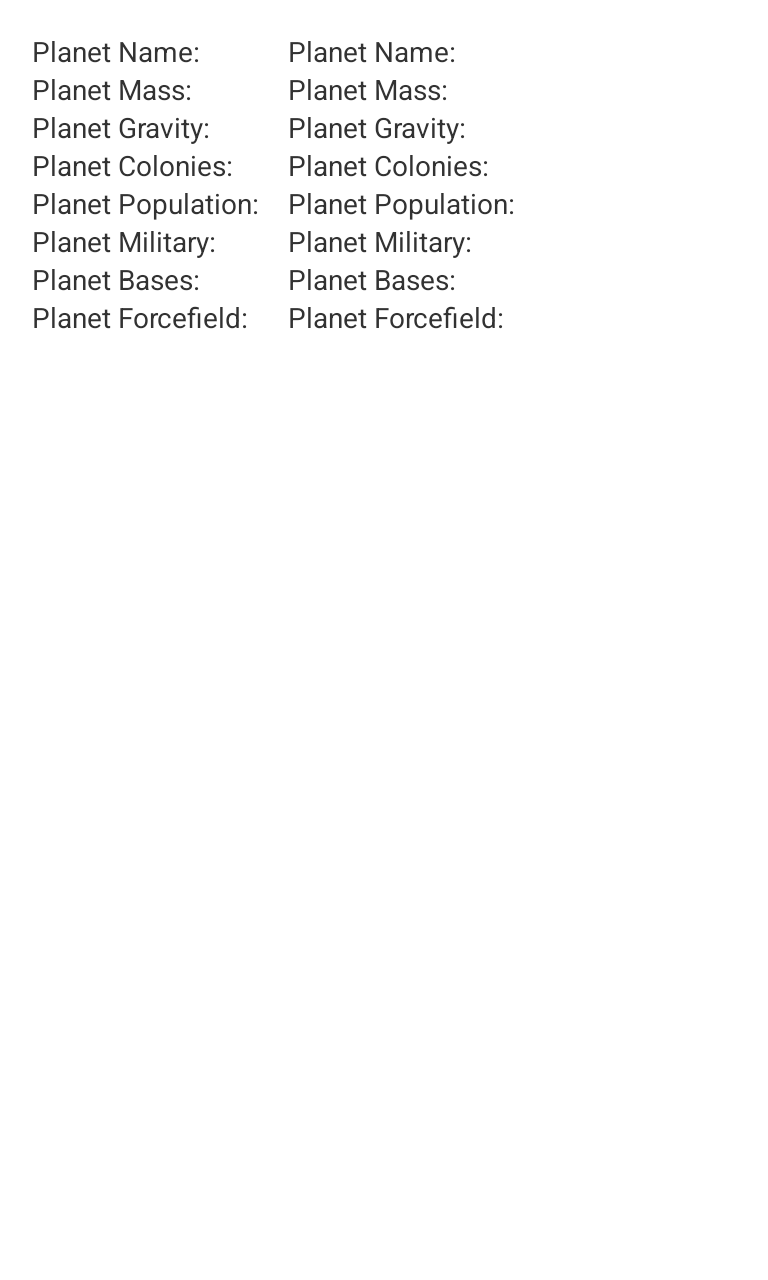
Repository: blender-head/android_basic
Layout: Hello_World/res/layout/activity_main.xml
These files come from the project's save history. The layout is drawn as it stood at one moment and after the next save; the edit follows.
It is drawn on a 768 x 1280 px phone screen (xhdpi) without system bars, with theme AppTheme; the app's code is not run. The app's manifest (not shown) leaves right-to-left support off. So textAlignment, textDirection and layoutDirection are ignored, and left and right values win over start and end ones.

Above is the layout before, as saved 2013-12-31 16:01:41.

After the next save:
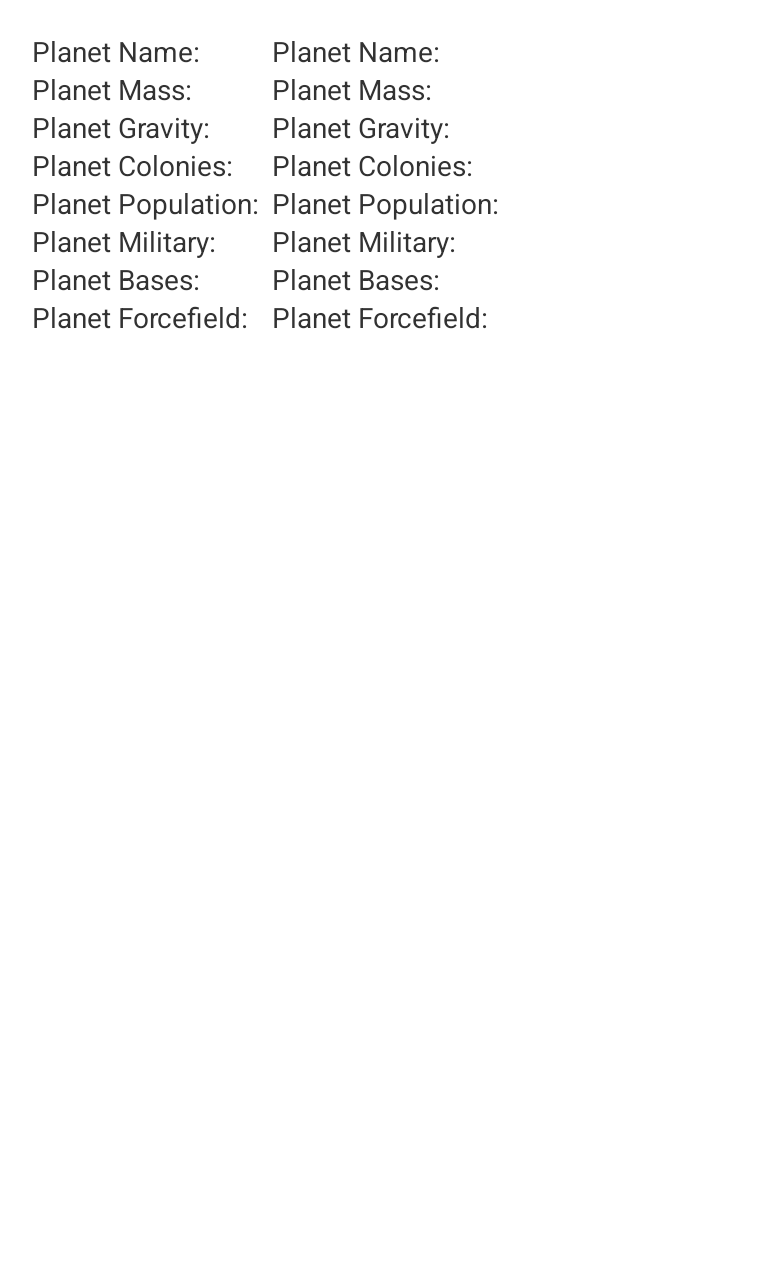
Saved 8 s later.
--- a/Hello_World/res/layout/activity_main.xml
+++ b/Hello_World/res/layout/activity_main.xml
@@ -19,7 +19,7 @@
 	<TextView
         android:id="@+id/dataView1"
         android:layout_toRightOf="@+id/textView1"
-        android:layout_marginLeft="44dip"
+        android:layout_marginLeft="36dip"
         android:layout_width="wrap_content"
         android:layout_height="wrap_content"
         android:text="@string/planet_name_label" />
